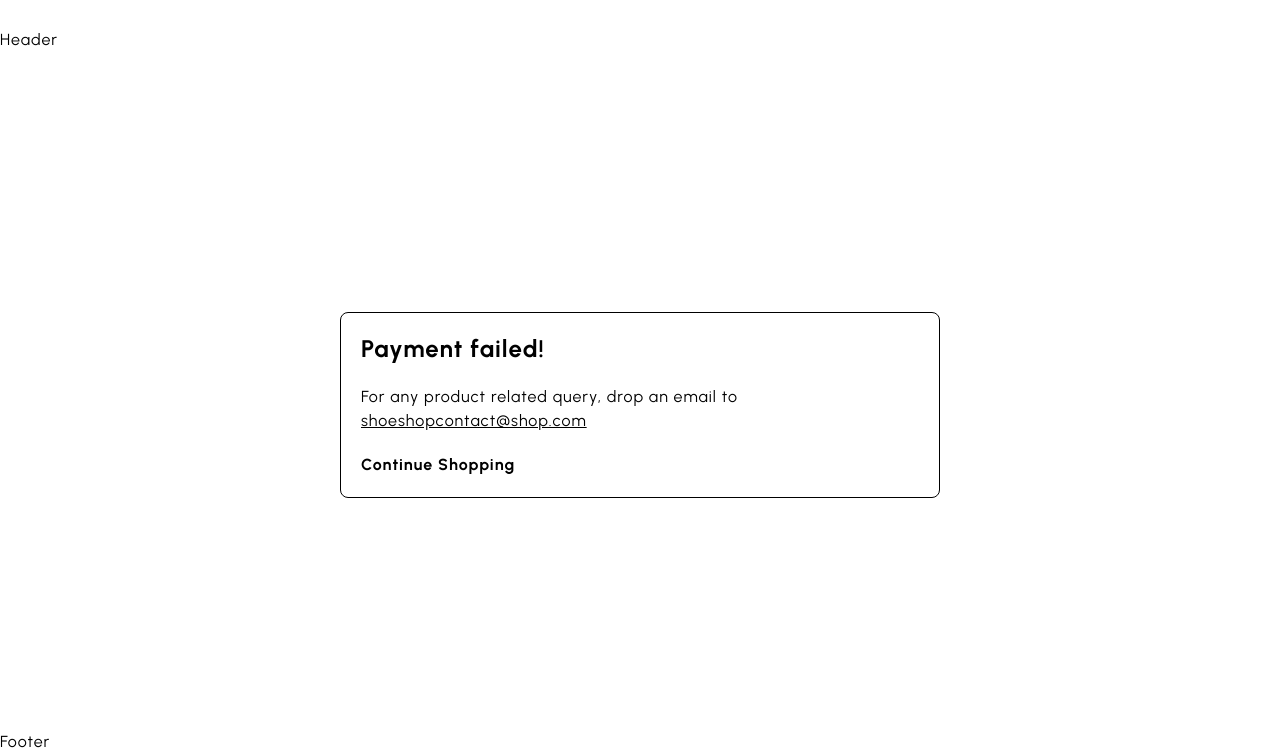
Repository: ducanhaep/shoe-store-frontend
Page: /failed
These files come from the project's save history. The page is drawn as it stood at one moment and after a run of saves; the edit follows.
The browser window is 1280 px wide. The pictures show the whole page.
The project was rebuilt for these pictures with package versions that can differ from the ones it lists, and the page was loaded fresh each time. The framework's server and built-in components were replaced by stand-ins that run in the browser. Also part of the build but not shown: next.config.js.

Above is the page before, as saved 2023-04-12 00:22:09.

After the next 2 saves:
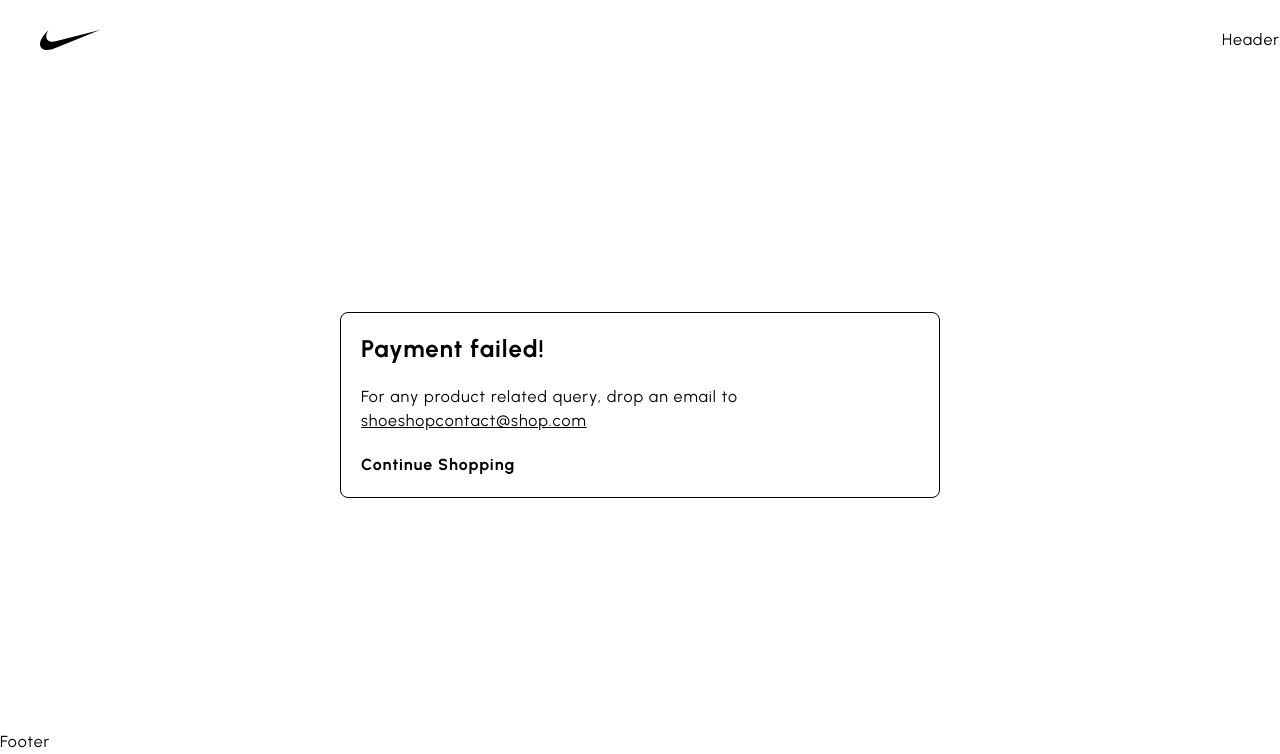
The 2 saves are shown as one change because 1 did not build or start.
The last was saved 3 min 17 s later.
--- a/components/Header.jsx
+++ b/components/Header.jsx
@@ -1,4 +1,5 @@
 import React, { useState } from "react";
+import Wrapper from "./Wrapper";
 
 const Header = () => {
   const [mobileMenu, setMobileMenu] = useState(false);
@@ -10,6 +11,9 @@
     <header
       className={`sticky top-0 z-20 flex h-[50px] w-full items-center justify-between bg-white transition-transform duration-300 md:h-[80px] ${show}`}
     >
+      <Wrapper>
+        <img src="/logo.svg" className="w-[40px] md:w-[60px]" />
+      </Wrapper>
       Header
     </header>
   );
